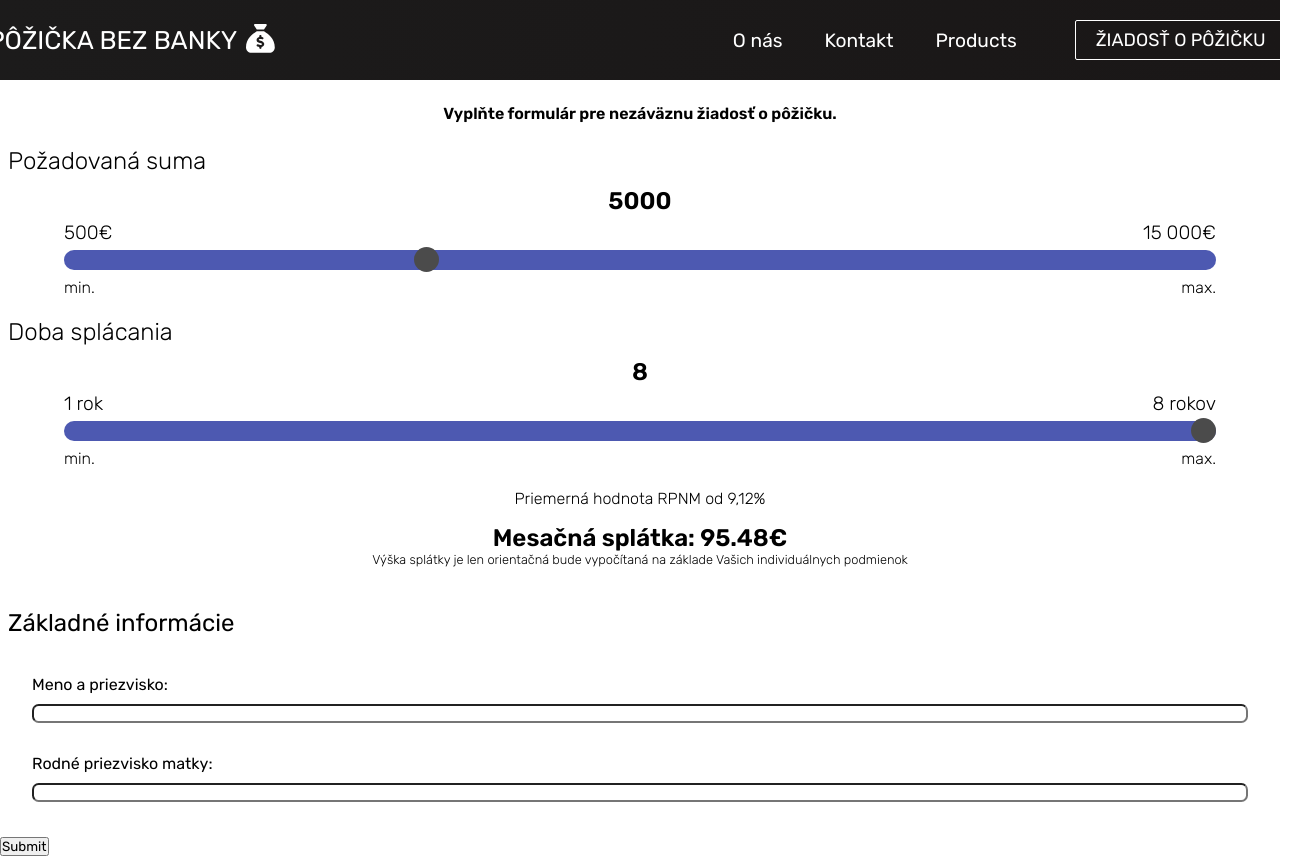
Repository: steve-lgtm/React-website-pozickabezbanky
Page: /ziadost
An editor plug-in stored every save of this project. The page is shown before and after the next save, followed by the edit.
The browser window is 1280 px wide. The page is 1305 px wide, so the pictures cover 1305 px, including what lies to the right of the window. The pictures show the whole page.
Some web libraries are served in a nearby version. The project was rebuilt for these pictures with package versions that can differ from the ones it lists, and the page was loaded fresh each time. Also part of the build but not shown: src/components/pages/Home.js, src/components/pages/Kontakt.js, src/components/pages/Products.js.

Above is the page before, as saved 2022-07-10 16:24:37.

### src/App.js
import React from 'react';
import Navbar from './components/Navbar';
import './App.css';
import Home from './components/pages/Home.js';
import { BrowserRouter as Router, Routes, Route } from 'react-router-dom';
import Kontakt from './components/pages/Kontakt';
import Products from './components/pages/Products';
import Ziadost from './components/pages/Ziadost';
import { library } from '@fortawesome/fontawesome-svg-core'
import { fas } from '@fortawesome/free-solid-svg-icons'


library.add(fas)


function App() {
  return (
      <Router>
        <Navbar />
        <Routes>
          <Route path='/' exact element={<Home />} />
          <Route path='/kontakt' element={<Kontakt/>} />
          <Route path='/products' element={<Products/>} />
          <Route path='/ziadost' element={<Ziadost/>} />
        </Routes>
      </Router>
  );
}

export default App;

### src/components/Navbar.js
import React, { useState, useEffect } from 'react';
import { Button } from './Button';
import { Link } from 'react-router-dom';
import './Navbar.css';
import { FontAwesomeIcon } from '@fortawesome/react-fontawesome';

function Navbar() {
  const [click, setClick] = useState(false);
  const [button, setButton] = useState(true);

  const handleClick = () => setClick(!click);
  const closeMobileMenu = () => setClick(false);

  const showButton = () => {
    if (window.innerWidth <= 1040) {
      setButton(false);
    } else {
      setButton(true);
    }
  };

  useEffect(() => {
    showButton();
  }, []);

  window.addEventListener('resize', showButton);

  return (
    <>
      <nav className='navbar'>
        <div className='navbar-container'>
          <Link to='/' className='navbar-logo' onClick={closeMobileMenu}>
            PÔŽIČKA BEZ BANKY
           {/* <FontAwesomeIcon icon="fa-solid fa-money-bill-1-wave" className='nav-icon'/> */}
           <FontAwesomeIcon icon="fa-solid fa-sack-dollar" className='nav-icon' />
          </Link>
          <div className='menu-icon' onClick={handleClick}>
            <i className={click ? 'fas fa-times' : 'fas fa-bars'} />
          </div>
          <ul className={click ? 'nav-menu active' : 'nav-menu'}>
            <li className='nav-item'>
              <Link to='/' className='nav-links' onClick={closeMobileMenu}>
                O nás
              </Link>
            </li>
            <li className='nav-item'>
              <Link
                to='/kontakt'
                className='nav-links'
                onClick={closeMobileMenu}
              >
                Kontakt
              </Link>
            </li>
            <li className='nav-item'>
              <Link
                to='/products'
                className='nav-links'
                onClick={closeMobileMenu}
              >
                Products
              </Link>
            </li>

            <li>
              <Link
                to='/ziadost'
                className='nav-links-mobile'
                onClick={closeMobileMenu}
              >
                ŽIADOSŤ O PÔŽIČKU
              </Link>
            </li>
          </ul>
          {button && <Button buttonStyle='btn--outline'>ŽIADOSŤ O PÔŽIČKU</Button>}
        </div>
      </nav>
    </>
  );
}

export default Navbar;

### src/App.css
@import url('https://fonts.googleapis.com/css2?family=Rubik:wght@300;400;600&display=swap');
* {
  box-sizing: border-box;
  margin: 0;
  padding: 0;
  font-family: 'Rubik', sans-serif;



}

.home,
.services,
.products,
.sign-up {
  display: flex;
  height: 89vh;
  align-items: center;
  justify-content: center;
  font-size: 3rem;
}

.services {
  background-color: blue;
  background-size: cover;
  background-repeat: no-repeat;
  color: rgb(0, 0, 0);
  font-size: 20px;
}

.products {
  background-color: blue;
  background-position: center;
  background-size: cover;
  background-repeat: no-repeat;
  color: #fff;
  font-size: 100 rem;
}

.sign-up {
  background-position: center;
  background-size: cover;
  background-repeat: no-repeat;
  color: rgb(0, 0, 0);
  font-size: 100px;
}
.home {
  background-position: center;
  background-size: cover;
  background-repeat: no-repeat;
  color: rgb(0, 0, 0);
  font-size: 100px;
}

### src/components/pages/Ziadost.js
import React from 'react';
import '../../App.css';
import './Ziadost.css'
import { useState } from 'react';
import { useFormik} from 'formik'

function PMT(ir, np, pv, fv, type) {

  //  * ir   - interest rate per month
  //  * np   - number of periods (months)
   // * pv   - present value
   // * fv   - future value
  //  * type - when the payments are due:
 //   *        0: end of the period, e.g. end of month (default)
  //  *        1: beginning of period

   var pmt, pvif;

   fv || (fv = 0);
   type || (type = 0);

   if (ir === 0)
       return -(pv + fv)/np;

   pvif = Math.pow(1 + ir, np);
   pmt = - ir * pv * (pvif + fv) / (pvif - 1);

   if (type === 1)
       pmt /= (1 + ir);


   return pmt;}

export default function Ziadost() {
  const [mounthAmount, setMounthAmount] = useState(95.48);
  const formik =  useFormik({
    initialValues: {
      amount: 5000,
      period: 8,
      name: '',
      surnameMom:''
    },
    onSubmit: values => {
      console.log('Form data',values)
    },
    validate: values => {
      let errors ={}

      if(!values.name) {
        errors.name = 'Requiered'
      }

      if(!values.surnameMom) {
        errors.name = 'Requiered'
      }

      return errors
    }
  });

 const changeAmount = (e) => {
  let urk_sdz = 0.1834;
  if(e.target.name==='amount'){
    let urk_sdz = 0.1834;
    if ( formik.values.period===1) urk_sdz = 0.3910;
    if ( formik.values.period>1 && formik.values.period<6 ) urk_sdz = 0.2098; //0.22;
    if ( formik.values.period>5 && formik.values.period<9 ) urk_sdz = 0.1834;
    let finalAmount = Math.round(PMT(Math.pow((1+urk_sdz),1/12)-1,(formik.values.period*12),-1*e.target.value)*100) /100;
  setMounthAmount(finalAmount)}

  if(e.target.name==='period'){
    if ( e.target.value===1) urk_sdz = 0.3910;
    if ( e.target.value>1 && e.target.value<6 ) urk_sdz = 0.2098; //0.22;
    if ( e.target.value>5 && e.target.value<9 ) urk_sdz = 0.1834;
    let finalAmount = Math.round(PMT(Math.pow((1+urk_sdz),1/12)-1,(e.target.value*12),-1*formik.values.amount)*100) /100;
    setMounthAmount(finalAmount)}
  };
  return (
    <>
      <h1 className='header-form'>
          Vyplňte formulár pre nezáväznu žiadosť o pôžičku.
        </h1>
      <form onSubmit={formik.handleSubmit}>
      <div className='container-form'>
        <div className='section-name'>Požadovaná suma</div>
            <h2>{formik.values.amount}</h2>
            <div className="containerslider">
                <div className="pullleft" style={{fontSize:"1.2rem"}}>
                    500€
                </div>
                <div className="pullright" style={{fontSize:"1.2rem"}}>
                    15 000€
                </div>
            <input type="range" name="amount" step="100" min="500" max="15000" onChange={(e) =>{formik.handleChange(e); changeAmount(e)}} value={formik.values.amount} className="slider" id="suma"/>
            <div className="pullleft" style={{fontSize: "1rem"}}>
                min.
            </div>
            <div className="pullright" style={{fontSize: "1rem"}}>
                max.
            </div>
            </div>

       <div className='section-name'>Doba splácania</div>
       <h2>{formik.values.period}</h2>
            <div className="containerslider">
                <div className="pullleft" style={{fontSize:"1.2rem"}}>
                    1 rok
                </div>
                <div className="pullright" style={{fontSize:"1.2rem"}}>
                    8 rokov
                </div>
            <input type="range" name="period" step="1" min="1" max="8" onChange={(e) => {formik.handleChange(e); changeAmount(e)}} value={formik.values.period} className="slider" id="doba"/>
            <div className="pullleft" style={{fontSize: "1rem"}}>
                min.
            </div>
            <div className="pullright" style={{fontSize: "1rem"}}>
                max.
            </div>
            </div>
            <div className="info">
        Priemerná hodnota RPNM od 9,12%
        </div>
        <h2> Mesačná splátka: {mounthAmount}€</h2>
        <div className="info2">
            Výška splátky je len orientačná bude vypočítaná na základe Vašich individuálnych podmienok
        </div>
            </div>
          <div className='personal-data'>
          <div className='section-name'>Základné informácie</div>
            <div className='personal-data-field'>
          <label htmlFor="name">Meno a priezvisko:</label>
      <input type="text" name="name" id="name" onChange={formik.handleChange} value={formik.values.name}/>
      </div>
      <div className='personal-data-field'>
      <label htmlFor="surnameMom">Rodné priezvisko matky:</label>
      <input type="text" name="surnameMom" id="surnameMom" onChange={formik.handleChange} value={formik.values.surnameMom}/>
            </div>
            </div>
            <button type='submit'>Submit</button>
      </form>

    </>
  );
}

### src/components/Button.js
// import React from 'react';
// import './Button.css';
// import { Link } from 'react-router-dom';

// export function Button() {
//   return (
//     <Link to='sign-up'>
//       <button className='btn'>Sign Up</button>
//     </Link>
//   );
// }

import React from 'react';
import './Button.css';
import { Link } from 'react-router-dom';

const STYLES = ['btn--primary', 'btn--outline', 'btn--test'];

const SIZES = ['btn--medium', 'btn--large'];

export const Button = ({
  children,
  type,
  onClick,
  buttonStyle,
  buttonSize
}) => {
  const checkButtonStyle = STYLES.includes(buttonStyle)
    ? buttonStyle
    : STYLES[0];

  const checkButtonSize = SIZES.includes(buttonSize) ? buttonSize : SIZES[0];

  return (
    <Link to='/ziadost' className='btn-mobile'>
      <button
        className={`btn ${checkButtonStyle} ${checkButtonSize}`}
        onClick={onClick}
        type={type}
      >
        {children}
      </button>
    </Link>
  );
};

### src/components/Navbar.css
.navbar {
    background: linear-gradient(90deg, rgb(28, 27, 27) 0%, rgb(26, 23, 23) 100%);
    height: 80px;
    display: flex;
    justify-content: center;
    align-items: center;
    font-size: 1.2rem;
    position: sticky;
    top: 0;
    z-index: 999;
    font-weight: 400;
    white-space: nowrap;
  }

  .navbar-container {
    display: flex;
    justify-content: center;
    align-items: center;
    height: 80px;
    max-width: 1500px;
  }

  .navbar-logo {
    color: #fff;
    justify-self: start;
    margin-left: 0.5em;
    cursor: pointer;
    text-decoration: none;
    font-size: 1.6rem;
    display: flex;
    align-items: center;

  }

  .nav-icon {
    margin-left: 0.3em;
    margin-bottom: 0.1em;
    font-size: 1.8rem;
  }

  .nav-menu {
    display: grid;
    grid-template-columns: repeat(4, auto);
    grid-gap: 10px;
    list-style: none;
    text-align: center;
    width: 60vw;
    justify-content: end;
    margin-right: 2rem;
  }

  .nav-item {
    height: 3.5em;
  }

  .nav-links {
    color: #fff;
    display: flex;
    align-items: center;
    text-decoration: none;
    padding: 0.5rem 1rem;
    height: 100%;
  }

  .nav-links:hover {
    border-bottom: 4px solid #fff;
    transition: all 0.2s ease-out;
  }

  .fa-bars {
    color: rgb(255, 255, 255);
  }

  .nav-links-mobile {
    display: none;
  }

  .menu-icon {
    display: none;
  }

  @media screen and (max-width: 1040px) {
    .NavbarItems {
      position: relative;
    }

    .nav-menu {
      display: flex;
      flex-direction: column;
      justify-content: flex-start;
      width: 100%;
      height: 100vh;
      position: absolute;
      top: 80px;
      left: -100%;
      opacity: 1;
      transition: all 0.5s ease;
    }

    .nav-menu.active {
      background: #242222;
      left: 0;
      opacity: 1;
      transition: all 0.5s ease;
      z-index: 1;
    }

    .nav-links {
      font-size: 1.5rem;
      text-align: center;
      padding: 2rem;
      width: 100%;
      display: table;
    }

    .nav-links:hover {
      background-color: #fff;
      color: #242424;
      border-radius: 0;
    }

    .navbar-logo {
      float: left;}

    .navbar {
      justify-content: flex-start;
    }
    .navbar-container {
      float: left;
    }
    .menu-icon {
      display: block;
      position: absolute;
      top: 0;
      right: 0;
      transform: translate(-100%, 60%);
      font-size: 1.8rem;
      cursor: pointer;
    }

    .fa-times {
      color: #fff;
      font-size: 2rem;
    }

    .nav-links-mobile {
      display: block;
      text-align: center;
      margin: 2rem auto;
      border-radius: 4px;
      width: 80%;
      text-decoration: none;
      font-size: 1.5rem;
      background-color: transparent;
      color: #fff;
      padding: 14px 20px;
      border: 1px solid #fff;
      transition: all 0.3s ease-out;
    }

    .nav-links-mobile:hover {
      background: #fff;
      color: #242424;
      transition: 250ms;
    }
  }

### src/components/pages/Ziadost.css

.container-form {
margin: 0.5em;
display: flex;
flex-direction: column;
align-items: center;
font-weight: 300;
}
.pullleft{
    margin-top:0.3em;
    margin-bottom: 0.3em;
    float: left;

}
.pullright{
    margin-top:0.3em;
    margin-bottom: 0.3em;
    float: right;
}

.containerslider {
    width: 90vw;
    margin-bottom: 1em;
}
.header-form {
    text-align: center;
    font-size: 1rem;
    padding: 1em;
    padding-top: 1.5em;
}
.info{
    font-size: 1rem;
    color:black;
    text-align: center;
    margin-bottom: 1em;
}
.info2{
    font-size: 0.8rem;
    color:black;
    text-align: center;
    margin-bottom: 1em;
}
.slider {
    -webkit-appearance: none;
    width: 100%;
    height: 20px;
    background: #021391;
    outline: none;
    opacity: 0.7;
    -webkit-transition: .2s;
    transition: opacity .2s;
    border-radius: 1em;

  }
.section-name {
    align-self: flex-start;
    font-size: 1.5em;
    margin-bottom: 0.5em;
}

  .slider::-webkit-slider-thumb {
    -webkit-appearance: none;
    appearance: none;
    width: 25px;
    height: 25px;
    background: #000000;
    cursor: pointer;
    border-radius: 40px;
  }

  .slider::-moz-range-thumb {
    width: 25px;
    height: 25px;
    background: #000000;
    cursor: pointer;
  }
.arrow{
    width: 70px;
    margin-bottom: -1em;
}

.personal-data{
    display: flex;
    flex-direction: column;
    justify-content:space-evenly;
    height: 15em;
    margin: 0.5em;
}
.personal-data-field{
    display: flex;
    flex-direction: column;
    justify-content:space-around;
    height: 8vh;
    margin: 0 1.5em;
}
input[type=text] {
    border-radius: 0.5em;
}

### src/components/Button.css
:root {
  --primary: #fff;
}

.btn {
  padding: 8px 20px;
  border-radius: 2px;
  outline: none;
  border: none;
  cursor: pointer;
}

.btn--primary {
  background-color: var(--primary);
  color: #242424;
  border: 1px solid var(--primary);
}

.btn--outline {
  background-color: transparent;
  color: #fff;
  padding: 8px 20px;
  border: 1px solid var(--primary);
  transition: all 0.3s ease-out;
}

.btn--medium {
  margin-right: 1em;
  padding: 8px 20px;
  font-size: 18px;
}

.btn--large {
  padding: 12px 26px;
  font-size: 20px;
}

.btn--large:hover,
.btn--medium:hover {
  transition: all 0.3s ease-out;
  background: #fff;
  color: #242424;
  transition: 250ms;
}

Loaded but not shown: public/index.html (common file); src/index.js (common file); src/index.css (common file)

After the next save:
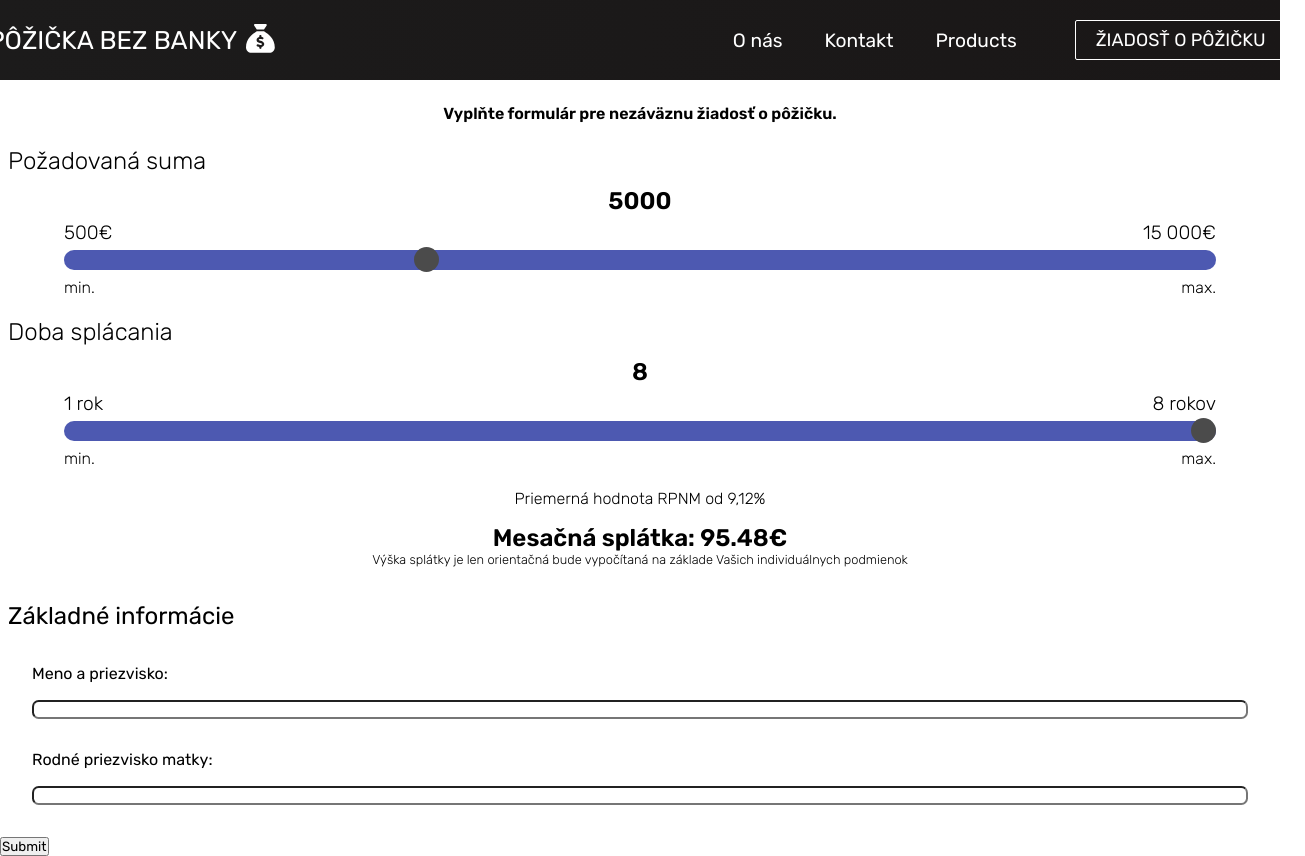
Saved 4 s later.
--- a/src/components/pages/Ziadost.css
+++ b/src/components/pages/Ziadost.css
@@ -90,7 +90,7 @@ font-weight: 300;
     display: flex;
     flex-direction: column;
     justify-content:space-around;
-    height: 8vh;
+    height: 10vh;
     margin: 0 1.5em;
 }
 input[type=text] {
